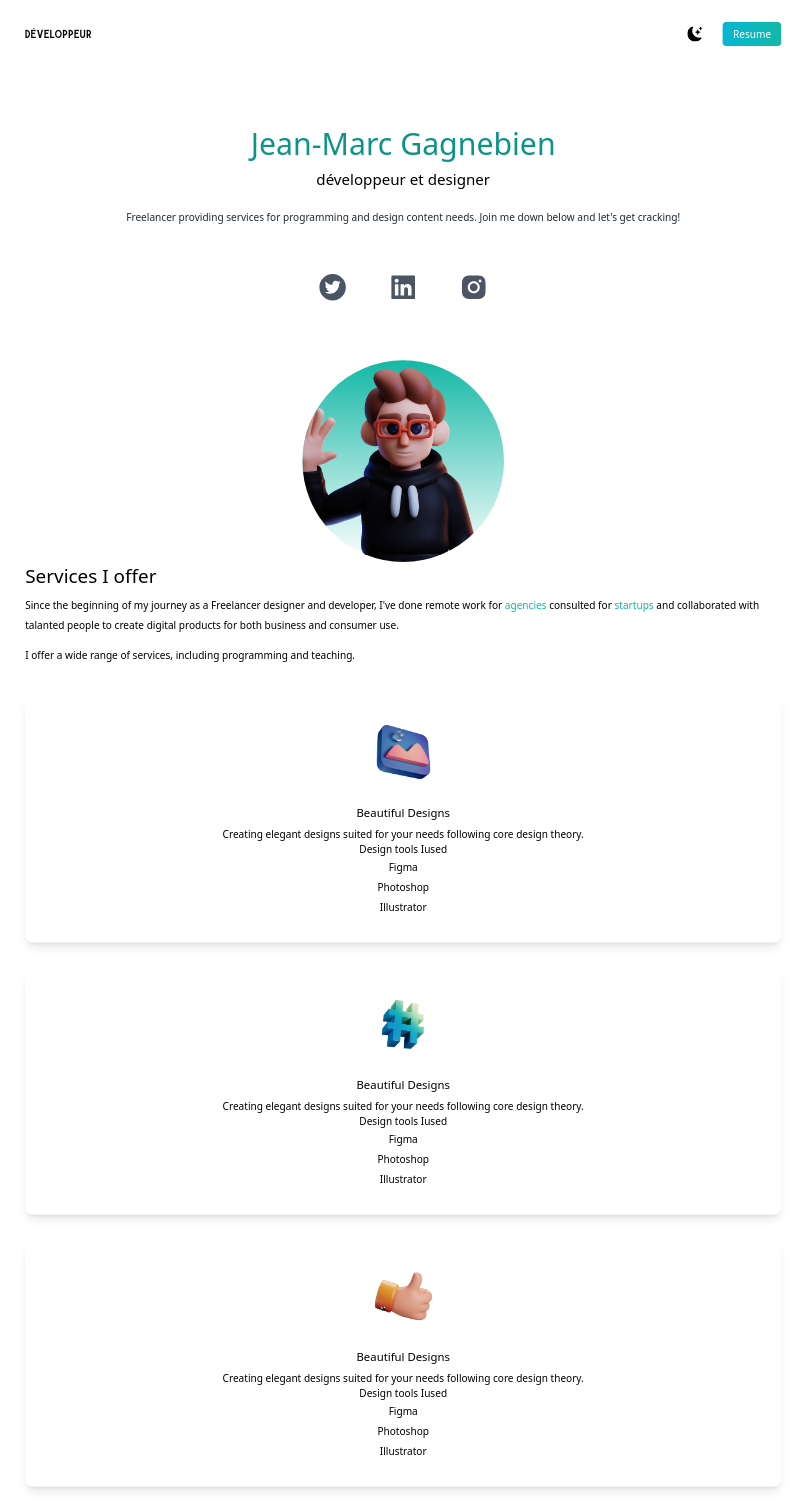
Repository: Jean-MarcG/portfoli_next
Page: /
The author's editor kept a copy of each file at every save. The page is drawn from the files as they stood at one save, then again after the next save.
The browser window is 1280 px wide. The pictures show the whole page, at 63% of full size.
The project was rebuilt for these pictures with package versions that can differ from the ones it lists, and the page was loaded fresh each time. The framework's server and built-in components were replaced by stand-ins that run in the browser. Also part of the build but not shown: next.config.js.

Above is the page before, as saved 2023-04-03 11:15:57.

### pages/index.js
import Head from 'next/head';
import {BsFillMoonStarsFill} from 'react-icons/bs';
import {AiFillTwitterCircle, AiFillLinkedin, AiFillInstagram} from 'react-icons/ai'
import Image from 'next/image';
import deved from '../public/dev-ed-wave.png';
import design from '../public/design.png';
import code from '../public/code.png';
import consulting from '../public/consulting.png';

export default function Home() {
  return (
    <>
    <Head>
    <title>Jean-Marc Gagnebien Portfolio</title>
    <meta name="description" content="Generated by create next app" />
    <meta name="viewport" content="width=device-width, initial-scale=1" />
    <link rel="icon" href="/favicon.ico" />
    </Head>
      <main className='bg-white px-10 '>
        <section className='min-h-screen'>
          <nav className='py-10 mb-12 flex justify-between'>
            <h1 className='text-xl font-burtons'>développeur</h1>
              <ul className='flex items-center'>
                <li>
                  <BsFillMoonStarsFill className='cursor-pointer text-2xl'/>
                </li>
                <li>
                  <a className='bg-gradient-to-r from-cyan-500 to-teal-500 text-white px-4 py-2 rounded-md ml-8' href='#'>Resume</a>
                </li>
              </ul>
          </nav>
          <div className='text-center p-10'>
            <h2 className='text-5xl py-2 text-teal-600 font-medium'>Jean-Marc Gagnebien</h2>
            <h3 className='text-2xl py-2'>développeur et designer</h3>
            <p className='text-md py-5 leading-8 text-gray-800'>Freelancer providing services for programming and design content needs. Join me down below and let's get cracking!</p>
          </div>
          <div className='text-5xl flex justify-center gap-16 py-3 text-gray-600'>
            <AiFillTwitterCircle />
            <AiFillLinkedin />
            <AiFillInstagram />
          </div>
          <div>
            <div className='relative mx-auto bg-gradient-to-b from-teal-500 rounded-full w-80 h-80 mt-20 overflow-hidden'>
              <Image src={deved} alt='photo développeur' fill style={{objectFit:'cover'}}/>
            </div>
          </div>
        </section>

        <section>
          <div>
            <h3 className='text-3xl py-1'>Services I offer</h3>
            <p className='text-md py-2 leading-8 text-gray-80'>
              Since the beginning of my journey as a Freelancer designer and developer, I've done remote work for
              <span className='text-teal-500'> agencies </span>consulted for <span className='text-teal-500'> startups </span>and collaborated with talanted people to create digital products for both business and consumer use.
            </p>
            <p className='text-md py-2 leading-8 text-gray-80'>
              I offer a wide range of services, including programming and teaching.
            </p>
          </div>
          <div>
            <div className='text-center shadow-lg p-10 rounded-xl my-10'>
              <Image className='m-auto' src={design} alt='image design' width={100} height={100} />
              <h3 className='text-lg font-medium pt-8 pb-2'>Beautiful Designs</h3>
              <p>
                Creating elegant designs suited for your needs following core design theory.
              </p>
              <h4>Design tools Iused</h4>
              <p className='text-grey-800 py-1'>Figma</p>
              <p className='text-grey-800 py-1'>Photoshop</p>
              <p className='text-grey-800 py-1'>Illustrator</p>
            </div>
          </div>
            <div className='text-center shadow-lg p-10 rounded-xl my-10'>
              <Image className='m-auto' src={code} alt='image code' width={100} height={100} />
              <h3 className='text-lg font-medium pt-8 pb-2'>Beautiful Designs</h3>
              <p>
                Creating elegant designs suited for your needs following core design theory.
              </p>
              <h4>Design tools Iused</h4>
              <p className='text-grey-800 py-1'>Figma</p>
              <p className='text-grey-800 py-1'>Photoshop</p>
              <p className='text-grey-800 py-1'>Illustrator</p>
            </div>
            <div className='text-center shadow-lg p-10 rounded-xl my-10'>
              <Image className='m-auto' src={consulting} alt='image design' width={100} height={100} />
              <h3 className='text-lg font-medium pt-8 pb-2'>Beautiful Designs</h3>
              <p>
                Creating elegant designs suited for your needs following core design theory.
              </p>
              <h4>Design tools Iused</h4>
              <p className='text-grey-800 py-1'>Figma</p>
              <p className='text-grey-800 py-1'>Photoshop</p>
              <p className='text-grey-800 py-1'>Illustrator</p>
            </div>
        </section>

      </main>
    </>
    )
  }

### styles/globals.css
@tailwind base;
@tailwind components;
@tailwind utilities;

* {
  box-sizing: border-box;
  padding: 0;
  margin: 0;
}

html,
body {
  max-width: 100vw;
  overflow-x: hidden;
}

body {
  color: rgb(var(--foreground-rgb));
  background: linear-gradient(
      to bottom,
      transparent,
      rgb(var(--background-end-rgb))
    )
    rgb(var(--background-start-rgb));
}

a {
  color: inherit;
  text-decoration: none;
}

@font-face {
  font-family: "burtons";
  src: url(../public/Burtons.otf);
}

### tailwind.config.js
/** @type {import('tailwindcss').Config} */
module.exports = {
  content: [
    "./app/**/*.{js,ts,jsx,tsx}",
    "./pages/**/*.{js,ts,jsx,tsx}",
    "./components/**/*.{js,ts,jsx,tsx}",

    // Or if using `src` directory:
    "./src/**/*.{js,ts,jsx,tsx}",
  ],
  theme: {
    extend: {
      fontFamily: {
        burtons: 'burtons',
      }
    },
  },
  plugins: [],
}

Loaded but not shown: pages/_app.js (common file); pages/_document.js (common file)

After the next save:
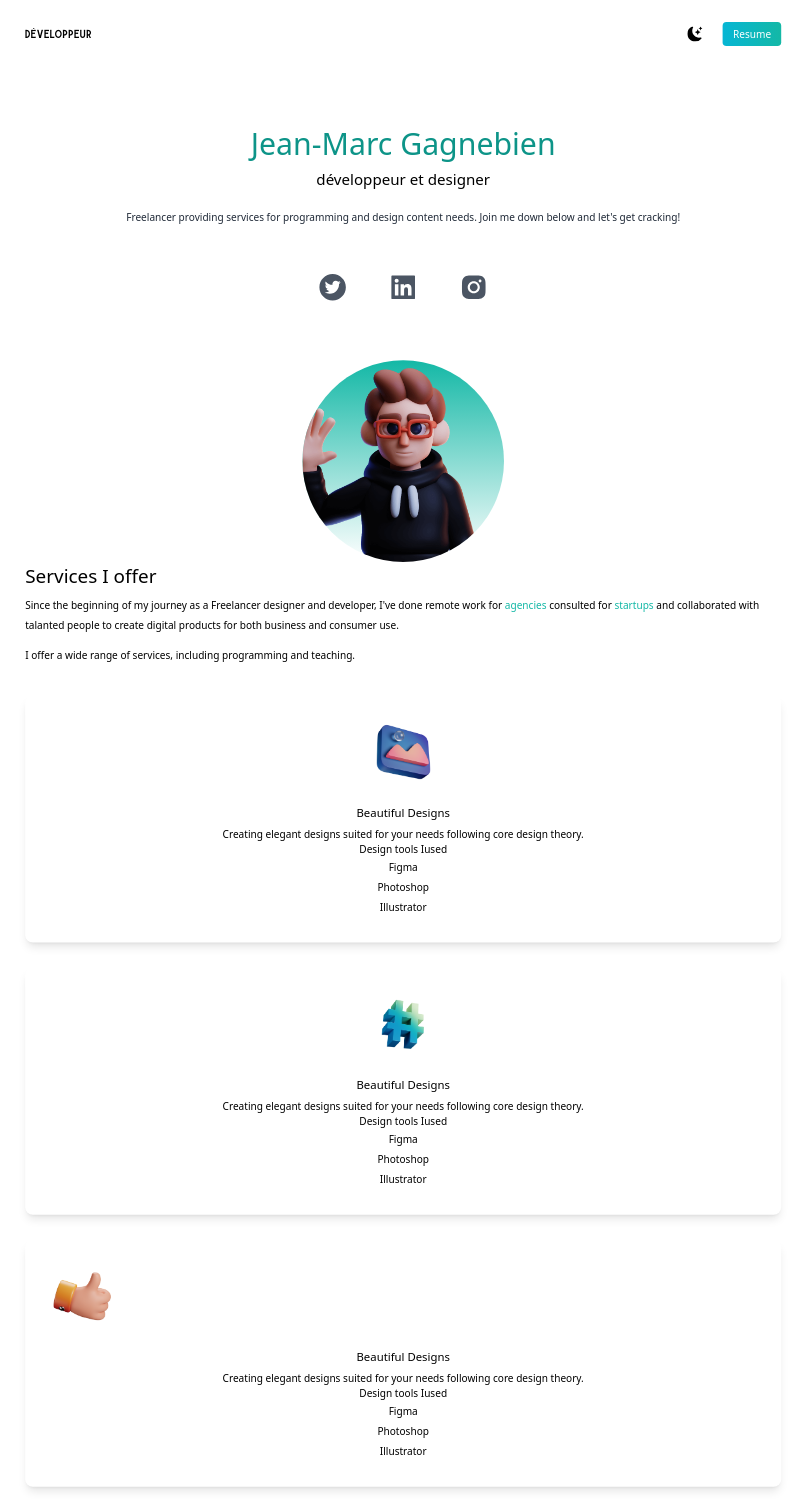
Saved 32 s later.
--- a/pages/index.js
+++ b/pages/index.js
@@ -82,7 +82,7 @@
               <p className='text-grey-800 py-1'>Illustrator</p>
             </div>
             <div className='text-center shadow-lg p-10 rounded-xl my-10'>
-              <Image className='m-auto' src={consulting} alt='image design' width={100} height={100} />
+              <Image src={consulting} alt='image design' width={100} height={100} />
               <h3 className='text-lg font-medium pt-8 pb-2'>Beautiful Designs</h3>
               <p>
                 Creating elegant designs suited for your needs following core design theory.

After the save that followed:
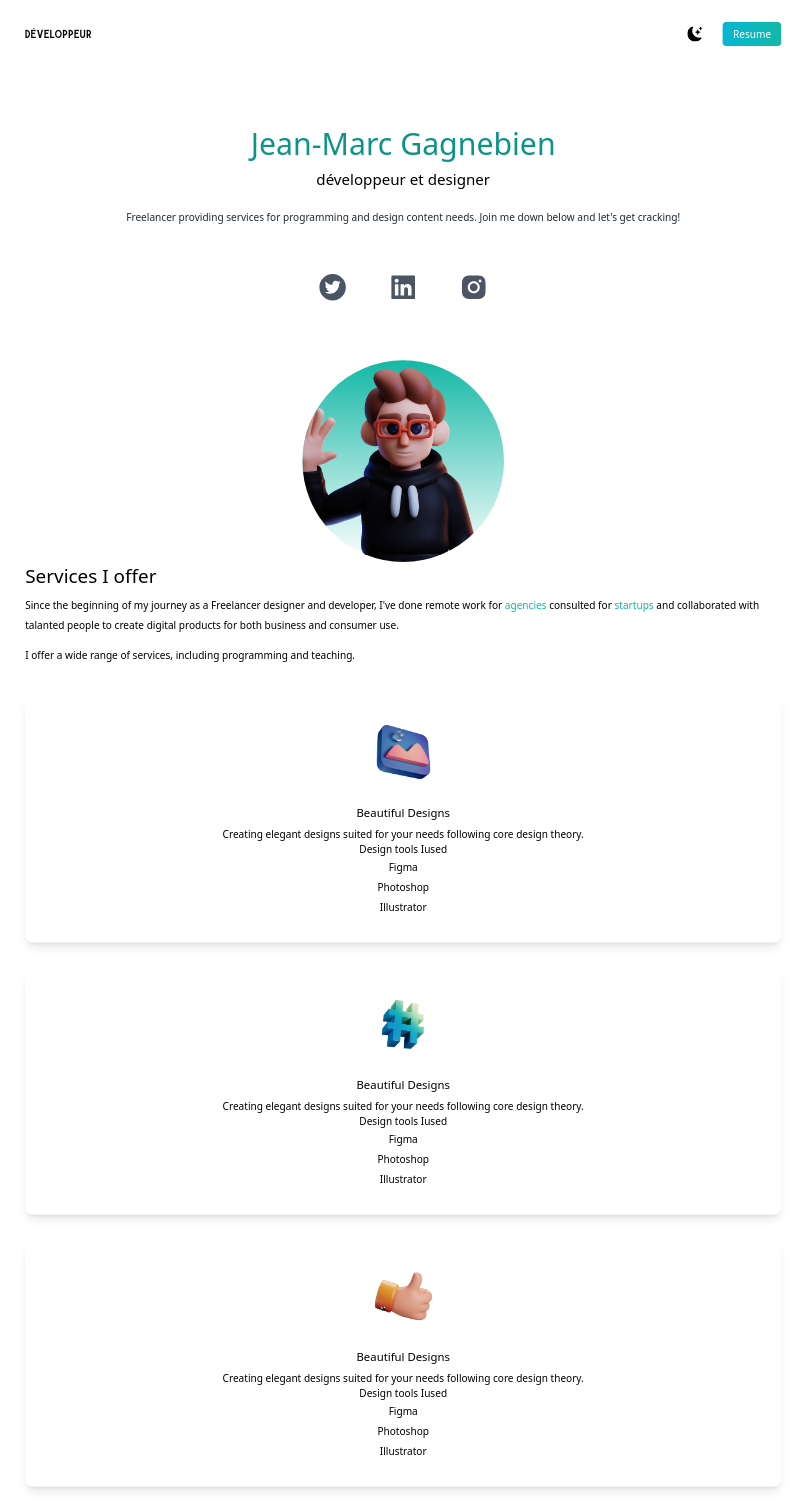
Saved 6 s later.
--- a/pages/index.js
+++ b/pages/index.js
@@ -82,7 +82,7 @@
               <p className='text-grey-800 py-1'>Illustrator</p>
             </div>
             <div className='text-center shadow-lg p-10 rounded-xl my-10'>
-              <Image src={consulting} alt='image design' width={100} height={100} />
+              <Image className='m-auto' src={consulting} alt='image design' width={100} height={100} />
               <h3 className='text-lg font-medium pt-8 pb-2'>Beautiful Designs</h3>
               <p>
                 Creating elegant designs suited for your needs following core design theory.
